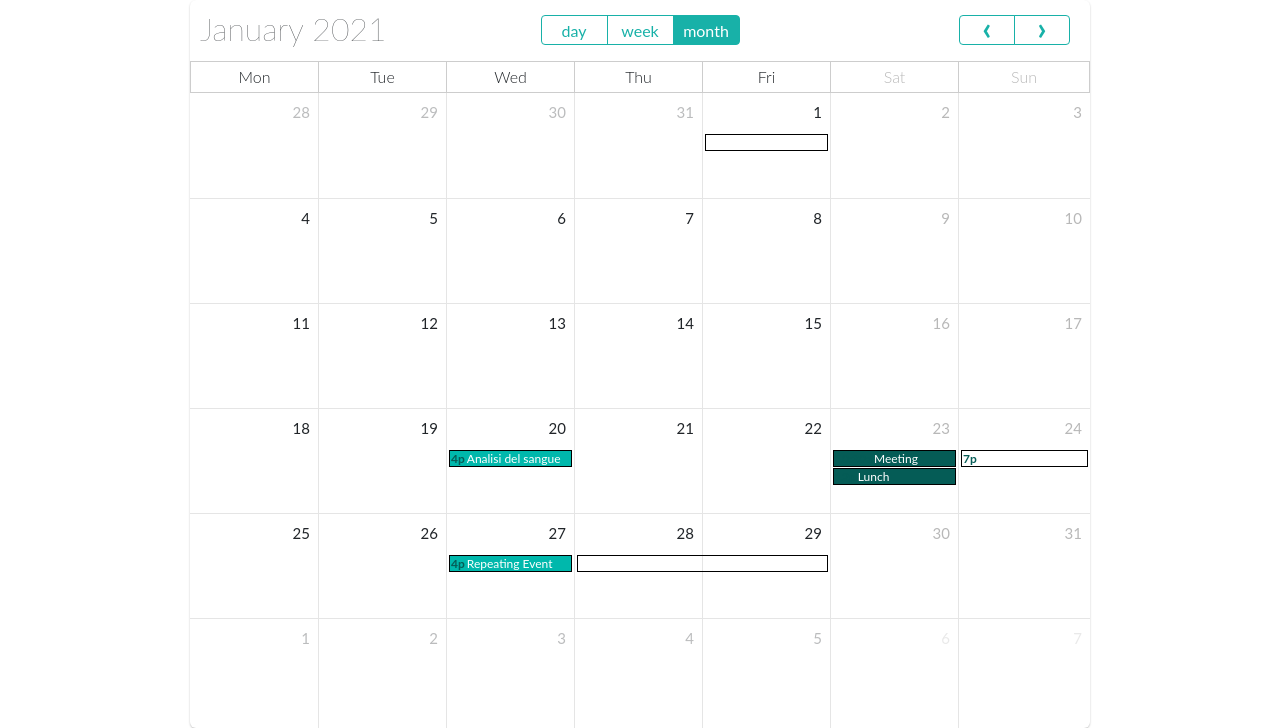
Repository: mohole/icare
Page: sviluppo/calendar/calendar.html
An editor plug-in stored every save of this project. The page is shown before and after the next save, followed by the edit.
The browser window is 1280 px wide. The pictures show the whole page.

Above is the page before, as saved 2021-01-25 09:39:48.

### sviluppo/calendar/calendar.html
<!DOCTYPE html>
<html lang="en">
   <head>
      <meta charset="UTF-8">
      <meta name="viewport" content="width=device-width, initial-scale=1.0">
      <!-- ===== CSS ===== -->
      <link rel="stylesheet" href="css/styles.css">
      <link rel="stylesheet" href="css/bootstrap.css">
<link href='css/fullcalendar.css' rel='stylesheet' />

<link rel="stylesheet" href="https://cdnjs.cloudflare.com/ajax/libs/Chart.js/2.9.4/Chart.css" integrity="sha512-C7hOmCgGzihKXzyPU/z4nv97W0d9bv4ALuuEbSf6hm93myico9qa0hv4dODThvCsqQUmKmLcJmlpRmCaApr83g==" crossorigin="anonymous" />
       <link rel="stylesheet" href="https://cdnjs.cloudflare.com/ajax/libs/Chart.js/2.9.4/Chart.css" integrity="sha512-C7hOmCgGzihKXzyPU/z4nv97W0d9bv4ALuuEbSf6hm93myico9qa0hv4dODThvCsqQUmKmLcJmlpRmCaApr83g==" crossorigin="anonymous" />

      <link href="https://fonts.googleapis.com/css2?family=Poppins&display=swap" rel="stylesheet">
      <link rel="stylesheet" href="https://use.fontawesome.com/releases/v5.15.1/css/all.css" integrity="sha384-vp86vTRFVJgpjF9jiIGPEEqYqlDwgyBgEF109VFjmqGmIY/Y4HV4d3Gp2irVfcrp" crossorigin="anonymous">

      <link href="https://fonts.googleapis.com/css2?family=Poppins&display=swap" rel="stylesheet">
      <link rel="stylesheet" href="https://use.fontawesome.com/releases/v5.15.1/css/all.css" integrity="sha384-vp86vTRFVJgpjF9jiIGPEEqYqlDwgyBgEF109VFjmqGmIY/Y4HV4d3Gp2irVfcrp" crossorigin="anonymous">
     <title> CALENDAR </title>
   </head>
   <body>


         </h1>

         </h1>
      </div>
      </div>






   </div>

 </div>
</section>











<div>




</head>
<body>
<div id='wrap'>

<div id='calendar'></div>



</body>




<script src='js/jquery-1.10.2.js' type="text/javascript"></script>
<script src='js/fullcalendar.js' type="text/javascript"></script>



<!-- libreria da usare

</html>

### sviluppo/calendar/css/fullcalendar.css
:root{
	--nav-width: 92px;
	/*===== Colores =====*/
	--first-color:#18B1A8;
		--event-color: #055c56;
	--sub-color: #18B1A8;
	--event-color2: #00b8ac;
	--body-font: 'Poppins', sans-serif;
	--normal-font-size: 1rem;
	--small-font-size: .875rem;
	--z-fixed: 100;
  }

.fc {
	direction: ltr;
	text-align: left;
	}

.fc table {
	border-collapse: collapse;
	border-spacing: 0;
	}




.fc td,
.fc th {
	padding: 0;
	vertical-align: top;
	}



/* Header
------------------------------------------------------------------------*/

.fc-header td {
	white-space: nowrap;
	padding: 15px 10px 0px;
}

.fc-header-left {
	width: 25%;
	text-align: left;
}

.fc-header-center {
	text-align: center;
	}

.fc-header-right {
	width: 25%;
	text-align: right;
	}

.fc-header-title {
	display: inline-block;
	vertical-align: top;
	margin-top: -5px;
}

.fc-header-title h2 {
	margin-top: 0;
	white-space: nowrap;
	font-size: 32px;
    font-weight: 100;
    margin-bottom: 10px;
}

.fc .fc-header-space {
	padding-left: 10px;
	}

.fc-header .fc-button {
	margin-bottom: 1em;
	vertical-align: top;
	}

/* buttons edges butting together */

.fc-header .fc-button {
	margin-right: -1px;
	}

.fc-header .fc-corner-right,  /* non-theme */
.fc-header .ui-corner-right { /* theme */
	margin-right: 0; /* back to normal */
	}

/* button layering (for border precedence) */

.fc-header .fc-state-hover,
.fc-header .ui-state-hover {
	z-index: 2;
	}

.fc-header .fc-state-down {
	z-index: 3;
	}

.fc-header .fc-state-active,
.fc-header .ui-state-active {
	z-index: 4;
	}



/* Content
------------------------------------------------------------------------*/

.fc-content {
	clear: both;
	zoom: 1; /* for IE7, gives accurate coordinates for [un]freezeContentHeight */
	}

.fc-view {
	width: 100%;
	overflow: hidden;
	}



/* Cell Styles
------------------------------------------------------------------------*/

    /* <th>, usually */
.fc-widget-content {  /* <td>, usually */
	border: 1px solid #e5e5e5;
	}
.fc-widget-header{
    border-bottom: 1px solid #EEE;
}





/* Buttons
------------------------------------------------------------------------*/

.fc-button {
	position: relative;
	display: inline-block;
	padding: 0 .6em;
	overflow: hidden;
	height: 1.9em;
	line-height: 1.9em;
	white-space: nowrap;
	cursor: pointer;
	}

.fc-state-default { /* non-theme */
	border: 1px solid;
	}

.fc-state-default.fc-corner-left { /* non-theme */
	border-top-left-radius: 4px;
	border-bottom-left-radius: 4px;
	}

.fc-state-default.fc-corner-right { /* non-theme */
	border-top-right-radius: 4px;
	border-bottom-right-radius: 4px;
	}

/*
	Our default prev/next buttons use HTML entities like &lsaquo; &rsaquo; &laquo; &raquo;
	and we'll try to make them look good cross-browser.
*/

.fc-text-arrow {
	margin: 0 .4em;
	font-size: 2em;
	line-height: 23px;
	vertical-align: baseline; /* for IE7 */
	}

.fc-button-prev .fc-text-arrow,
.fc-button-next .fc-text-arrow { /* for &lsaquo; &rsaquo; */
	font-weight: bold;
	}

/* icon (for jquery ui) */

.fc-button .fc-icon-wrap {
	position: relative;
	float: left;
	top: 50%;
	}

.fc-button .ui-icon {
	position: relative;
	float: left;
	margin-top: -50%;
	*margin-top: 0;
	*top: -50%;
	}


.fc-state-default {
	border-color: var(--first-color);
	color: var(--first-color);
}
.fc-button-month.fc-state-default, .fc-button-agendaWeek.fc-state-default, .fc-button-agendaDay.fc-state-default{
    min-width: 67px;
	text-align: center;
	transition: all 0.2s;
	-webkit-transition: all 0.2s;
}
.fc-state-hover,
.fc-state-down,
.fc-state-active,
.fc-state-disabled {
	color: #333333;
	background-color: #FFE3E3;
	}

.fc-state-hover {
	color: var(--first-color);
	text-decoration: none;
	background-position: 0 -15px;
	-webkit-transition: background-position 0.1s linear;
	   -moz-transition: background-position 0.1s linear;
	     -o-transition: background-position 0.1s linear;
	        transition: background-position 0.1s linear;
	}

.fc-state-down,
.fc-state-active {
	background-color:var(--first-color);

	background-image: none;
	outline: 0;
	color: #FFFFFF;
}

.fc-state-disabled {
	cursor: default;
	background-image: none;
	background-color: #FFE3E3;
	filter: alpha(opacity=65);
	box-shadow: none;
	border:1px solid #FFE3E3;
	color:var(--first-color);

	}



/* Global Event Styles
------------------------------------------------------------------------*/

.fc-event-container > * {
	z-index: 8;
	}

.fc-event-container > .ui-draggable-dragging,
.fc-event-container > .ui-resizable-resizing {
	z-index: 9;
	}

.fc-event {
	border: 1px solid; /* default BORDER color */

	color:black;               /* default TEXT color */
	font-size: 12px;
	cursor: default;
}
.fc-event.chill{
	background: var(--event-color2);
}
.fc-event.info{
	background: var(--event-color2);
}
.fc-event.important{
    background-color: var(--event-color);
}
.fc-event.success{	background: var(--event-color);
}
.fc-event:hover{
    opacity: 0.7;
}
a.fc-event {
	text-decoration: none;
	}

a.fc-event,
.fc-event-draggable {
	cursor: pointer;
	}

.fc-rtl .fc-event {
	text-align: right;
	}

.fc-event-inner {
	width: 100%;
	height: 100%;
	overflow: hidden;
	line-height: 15px;
	}

.fc-event-time,
.fc-event-title {
	color: white;
	padding: 0 1px;
	}

.fc .ui-resizable-handle {
	display: block;
	position: absolute;
	z-index: 99999;
	overflow: hidden; /* hacky spaces (IE6/7) */
	font-size: 300%;  /* */
	line-height: 50%; /* */
	}



/* Horizontal Events
------------------------------------------------------------------------*/

.fc-event-hori {
	border-width: 1px 0;
	margin-bottom: 1px;
	}

.fc-ltr .fc-event-hori.fc-event-start,
.fc-rtl .fc-event-hori.fc-event-end {
	border-left-width: 1px;
	/*
border-top-left-radius: 3px;
	border-bottom-left-radius: 3px;
*/
	}

.fc-ltr .fc-event-hori.fc-event-end,
.fc-rtl .fc-event-hori.fc-event-start {
	border-right-width: 1px;
	/*
border-top-right-radius: 3px;
	border-bottom-right-radius: 3px;
*/
	}

/* resizable */

.fc-event-hori .ui-resizable-e {
	top: 0           !important; /* importants override pre jquery ui 1.7 styles */
	right: -3px      !important;
	width: 7px       !important;
	height: 100%     !important;
	cursor: e-resize;
	}

.fc-event-hori .ui-resizable-w {
	top: 0           !important;
	left: -3px       !important;
	width: 7px       !important;
	height: 100%     !important;
	cursor: w-resize;
	}

.fc-event-hori .ui-resizable-handle {
	_padding-bottom: 14px; /* IE6 had 0 height */
	}



/* Reusable Separate-border Table
------------------------------------------------------------*/

table.fc-border-separate {
	border-collapse: separate;
	}

.fc-border-separate th,
.fc-border-separate td {
	border-width: 1px 0 0 1px;
	}

.fc-border-separate th.fc-last,
.fc-border-separate td.fc-last {
	border-right-width: 1px;
	}


.fc-border-separate .fc-week .fc-first{
    border-left: 0;
}
.fc-border-separate .fc-week .fc-last{
    border-right: 0;
}
.fc-border-separate tr.fc-last th{
    border-bottom-width: 1px;
    border-color: #cdcdcd;
    font-size: 16px;
    font-weight: 300;
	line-height: 30px;
}
.fc-border-separate tbody tr.fc-first td,
.fc-border-separate tbody tr.fc-first th {
	border-top-width: 0;
	}



/* Month View, Basic Week View, Basic Day View
------------------------------------------------------------------------*/

.fc-grid th {
	text-align: center;
	}

.fc .fc-week-number {
	width: 22px;
	text-align: center;
	}

.fc .fc-week-number div {
	padding: 0 2px;
	}

.fc-grid .fc-day-number {
	float: right;
	padding: 0 2px;
	}

.fc-grid .fc-other-month .fc-day-number {
	opacity: 0.3;
	filter: alpha(opacity=30); /* for IE */
	/* opacity with small font can sometimes look too faded
	   might want to set the 'color' property instead
	   making day-numbers bold also fixes the problem */
	}

.fc-grid .fc-day-content {
	clear: both;
	color: var(--event-color);
	padding: 2px 2px 1px; /* distance between events and day edges */
	}

/* event styles */

.fc-grid .fc-event-time {
	font-weight: bold;
	color: var(--event-color);
	}

/* right-to-left */

.fc-rtl .fc-grid .fc-day-number {
	float: left;
	}

.fc-rtl .fc-grid .fc-event-time {
	float: right;
	}



/* Agenda Week View, Agenda Day View
------------------------------------------------------------------------*/

.fc-agenda table {
	border-collapse: separate;
	}



.fc-event-vert.fc-event-start {
	border-top-width: 1px;
	border-top-left-radius: 3px;
	border-top-right-radius: 3px;
	}

.fc-event-vert.fc-event-end {
	border-bottom-width: 1px;
	border-bottom-left-radius: 3px;
	border-bottom-right-radius: 3px;
	}

.fc-event-vert .fc-event-time {
	white-space: nowrap;
	font-size: 10px;
	}

.fc-event-vert .fc-event-inner {
	position: relative;
	z-index: 2;
	}

.fc-event-vert .fc-event-bg { /* makes the event lighter w/ a semi-transparent overlay  */
	position: absolute;
	z-index: 1;
	top: 0;
	left: 0;
	width: 100%;
	height: 100%;
	background: #fff;
	opacity: .25;
	filter: alpha(opacity=25);
	}

.fc .ui-draggable-dragging .fc-event-bg, /* TODO: something nicer like .fc-opacity */
.fc-select-helper .fc-event-bg {
	display: none\9; /* for IE6/7/8. nested opacity filters while dragging don't work */
	}

/* resizable */

.fc-event-vert .ui-resizable-s {
	bottom: 0        !important; /* importants override pre jquery ui 1.7 styles */
	width: 100%      !important;
	height: 8px      !important;
	overflow: hidden !important;
	line-height: 8px !important;
	font-size: 11px  !important;
	font-family: monospace;
	text-align: center;
	cursor: s-resize;
	}

.fc-agenda .ui-resizable-resizing { /* TODO: better selector */
	_overflow: hidden;
	}

.fc-week .fc-day > div .fc-day-number{
    font-size: 15px;
    margin: 2px;
    min-width: 19px;
    padding: 6px;
    text-align: center;
}
.fc-sun, .fc-sat{
    color: #b8b8b8;
}

.fc-week .fc-day:hover .fc-day-number{
    background-color: #B8B8B8;
    border-radius: 50%;
	color: var(--event-color);
    transition: background-color 0.2s;
}
.fc-week .fc-day.fc-state-highlight:hover .fc-day-number{

	background-color:var(--first-color);
}
.fc-button-today{
    border: 1px solid rgba(255,255,255,.0);
}
.fc-view-agendaDay thead tr.fc-first .fc-widget-header{
    text-align: right;
    padding-right: 10px;
}




#calendar{
  margin-left: auto;
  margin-right: auto;
  width: 320px;
  font-family: 'Lato', sans-serif;
}
#calendar_weekdays div{
  display:inline-block;
  vertical-align:top;
}
#calendar_content, #calendar_weekdays, #calendar_header{
  position: relative;
  width: 320px;
  overflow: hidden;
  float: left;
  z-index: 10;
}
#calendar_weekdays div, #calendar_content div{
  width:40px;
  height: 40px;
  overflow: hidden;
  text-align: center;
  background-color: #FFFFFF;
  color: #787878;
}
#calendar_content{
  -webkit-border-radius: 0px 0px 12px 12px;
  -moz-border-radius: 0px 0px 12px 12px;
  border-radius: 0px 0px 12px 12px;
}
#calendar_content div{
  float: left;
}
#calendar_content div:hover{
  background-color: #F8F8F8;
}
#calendar_content div.blank{
  background-color: #E8E8E8;
}
#calendar_header, #calendar_content div.today{
  zoom: 1;
  filter: alpha(opacity=70);
  opacity: 0.7;
}
#calendar_content div.today{
	color: var(--event-color);}

#calendar_header{
  width: 100%;
  height: 37px;
  text-align: center;
  background-color: #FF6860;
  padding: 18px 0;
  -webkit-border-radius: 12px 12px 0px 0px;
  -moz-border-radius: 12px 12px 0px 0px;
  border-radius: 12px 12px 0px 0px;
}
#calendar_header h1{
  font-size: 1.5em;
  color: var(--event-color);
  float:left;
  width:70%;
}









.external-event { /* try to mimick the look of a real event */
  margin: 10px 0;
  padding: 2px 4px;
  background: #3366CC;
  color: rgb(0, 0, 0);
  font-size: .85em;
  cursor: pointer;
  }

#external-events p {
  margin: 1.5em 0;
  font-size: 11px;
  color: #666;
  }

#external-events p input {
  margin: 0;
  vertical-align: middle;
  }

#calendar {
/* 		float: right; */
      margin: 0 auto;
  width: 900px;
  background-color: #FFFFFF;
    border-radius: 6px;
      box-shadow: 0 1px 2px #C3C3C3;
  }

Loaded but not shown: sviluppo/calendar/css/bootstrap.css (library); sviluppo/calendar/js/jquery-1.10.2.js (library); sviluppo/calendar/js/fullcalendar.js (library); sviluppo/calendar/css/styles.css (733 lines, source omitted)

After the next save:
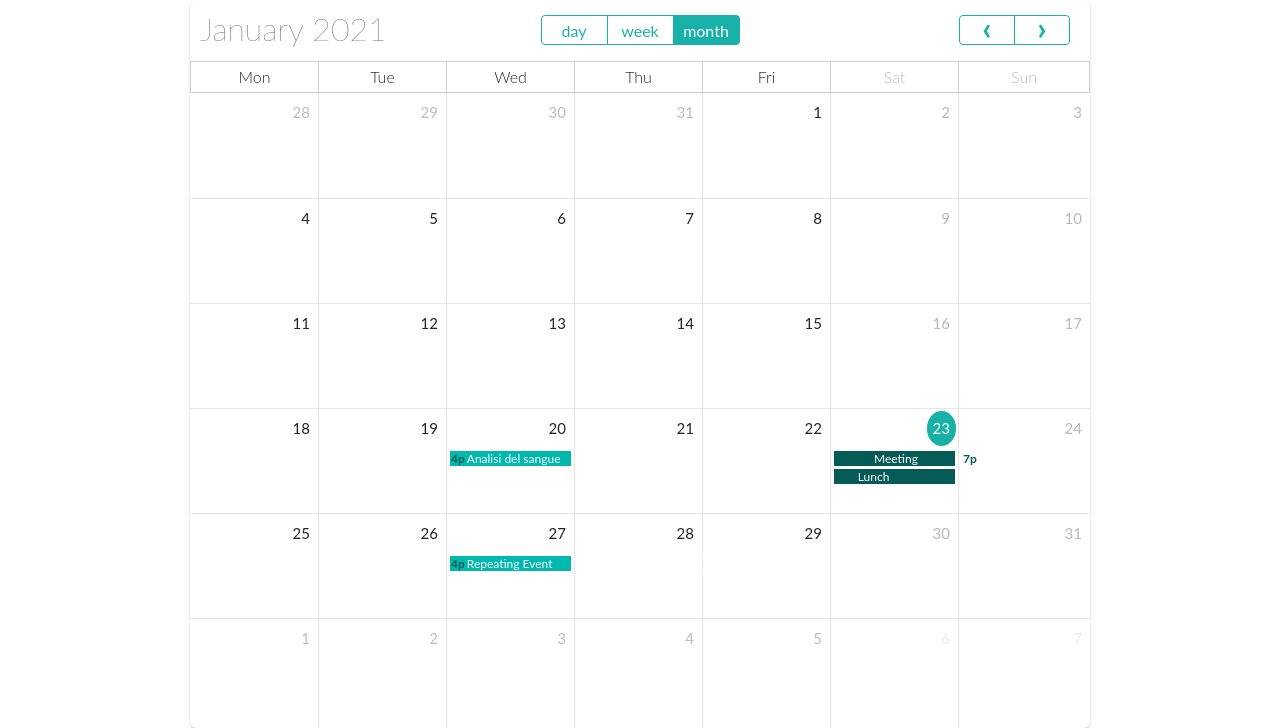
Saved 19 s later.
--- a/sviluppo/calendar/css/fullcalendar.css
+++ b/sviluppo/calendar/css/fullcalendar.css
@@ -133,6 +133,18 @@
 }
 
 
+.fc-state-highlight > div > div.fc-day-number{
+    background-color: var(--first-color);
+    color: #FFFFFF;
+    border-radius: 50%;
+    margin: 4px;
+}
+
+.fc-cell-overlay { /* semi-transparent rectangle while dragging */
+	background-color: var(--first-color);
+	opacity: .3;
+	filter: alpha(opacity=30); /* for IE */
+	}
 
 
 
@@ -261,7 +273,7 @@
 	}
 
 .fc-event {
-	border: 1px solid; /* default BORDER color */
+	border: 1px solid #FFF; /* default BORDER color */
 
 	color:black;               /* default TEXT color */
 	font-size: 12px;
